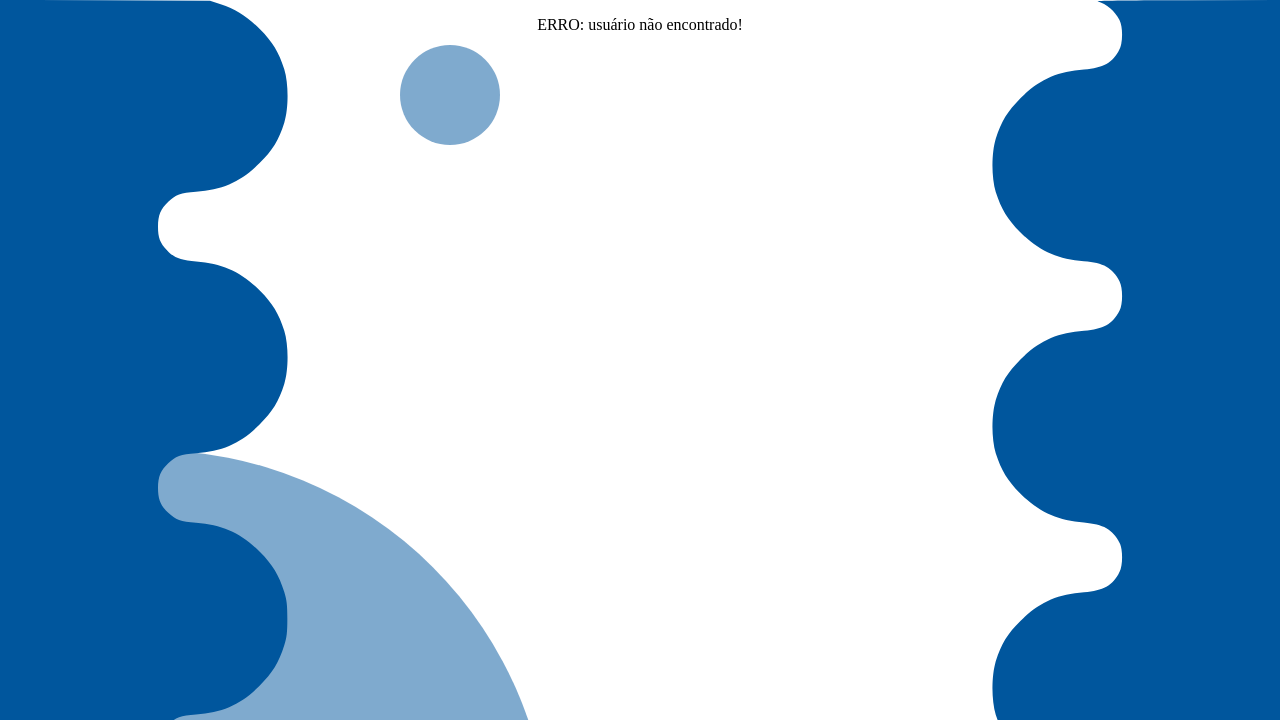
Repository: ArtMainardi/projeto-ctw-front
Page: usuario/usuario.html
The author's editor kept a copy of each file at every save. The page is drawn from the files as they stood at one save, then again after a run of saves.
The browser window is 1280 px wide. The pictures show the whole page.
The page's requests for data from a server got no answer.

Above is the page before, as saved 2026-06-15 18:22:19.

### usuario/usuario.html
<!DOCTYPE html>
<html lang="pt-br">
<head>
    <meta charset="UTF-8">
    <meta name="viewport" content="width=device-width, initial-scale=1.0">
    <title>Projeto CTW+</title>
    <link rel="stylesheet" href="/index.css">
    <link rel="stylesheet" href="/style.css">
    <link rel="stylesheet" href="usuario.css">
</head>
<body>

    <div class="bolas">
        <div class="bola" id="bola1"></div>
        <div class="bola" id="bola2"></div>
        <div class="bola" id="bola3"></div>
        <div class="bola" id="bola4"></div>
    </div>

    <div class="container-barras-laterais">
        <img src="/images/efeito-lateral.svg" alt="Efeito lateral da página principal" id="barra-lateral1">
        <img src="/images/efeito-lateral.svg" alt="Efeito lateral da página principal" id="barra-lateral2">
    </div>

    <main id="error-main">
        <p id="feedback-message"></p>
    </main>

    <main id="main" style="display: none;">
        <h1>Perfil do Usuário</h1>
        <p id="nome-usuario"></p>
        <p id="cpf-usuario"></p>
        <p id="email-usuario"></p>
        <p id="nascimento-usuario"></p>

        <button id="logout-button" onclick=logout()>Desconectar da conta</button>

        <div class="menu">
            <li class="adm-feature" style="display: none;"><a href="../gerenciar-usuarios/gerenciarUsuarios.html">Gerenciar Usuários</a></li>
            <li><a href="">Materias</a></li>
            <li><a href="../tela-inicial/telaInicial.html">Notícias</a></li>
            <li><a href="">Cardapio</a></li>
            <li><a href="">Ranqueamento</a></li>
            <li><a href="">Usuário</a></li>
        </div>
    </main>

    <script src="./usuario-script.js"></script>
    <script src="../userVerification-script.js"></script>
</body>
</html>

### index.css
main{
    height: 100%;
    display: flex;
    flex-direction: column;
    align-items: center;
}

.logo-ctw{
    margin-top: 15%;
}

.bolha{
    width: 400px;
}

.botao{
    margin-top: 5%;
}

#barra-lateral1 {
    position: fixed;
    left: 0;
}

#barra-lateral2 {
    position: fixed;
    right: 0;
    transform: scale(-1);
}

### style.css
*{
    box-sizing: border-box;
}

body {
    margin: 0;
}

:root{
    --corM: #00569D;
    --corBolha: #D9D9D9;
    --corCampo: #AEAEAE;
    --corBotaoOFF: #929292;
    --corBotaoON: #757575;
}

@font-face{
    src: url(fonts/Inter-VariableFont_opsz\,wght.ttf);
    font-family: "fontM";
}

.bolha{
    border-radius: 34px;
    padding: 10px 25px;
    background-color: var(--corBolha);
    display: flex;
    flex-direction: column;
}

.titulo{
    font-family: fontM;
    margin: 2px;
}

.campo{
    font-family: fontM;
    padding: 1% 5%;
    border: none;
    border-radius: 10px;
    background-color: var(--corCampo);
    margin: 2px;
}

.botao{
    font-family: fontM;
    border: none;
    padding: 1% 5%;
    border-radius: 34px;
    text-align: center;
    background-color: var(--corBotaoOFF);
    margin: 2px;
    height: 30px;
}

.botao:hover{
    font-weight: bold;
    background-color: var(--corBotaoON);
}

.botao:active{
    font-weight: bold;
    border: 2px inset var(--corBotaoOFF);
    font-size: 0.8em;
}

.texto{
    font-family: fontM;
    text-align: center;
    padding: 0;
}

.logo-ctw{
    zoom: 55%;
    margin: 20px;
}

.bola{
    background-color: var(--corM);
    border-radius: 50%;
    opacity: 50%;
    position: fixed;
}


#bola1{
    height: 100px;
    width: 100px;
    top: 45px;
    left: 400px;
}

#bola2{
    height: 800px;
    width: 800px;
    top: 450px;
    left: -250px;
}

#bola3{
    height: 200px;
    width: 200px;
    top: -65px;
    left: 1300px;
}

#bola4{
    height: 700px;
    width: 700px;
    top: 350px;
    left: 1400px;
}

### usuario/usuario.css
body {
    margin: 0;
    padding: 0;
}

#barra-lateral1 {

}

### usuario/usuario-script.js
window.addEventListener("load", async function() {
    console.log("AAAA");
    // Definindo as variáveis dos elementos do HTML:
    const nome = document.getElementById("nome-usuario");
    const cpf = document.getElementById("cpf-usuario");
    const email = document.getElementById("email-usuario");
    const nascimento = document.getElementById("nascimento-usuario");

    // Buscando o usuário no banco de dados:
    const API = await fetch(`http://localhost:8055/${tipoUsuario}/${usuarioId}`, {
        method: "GET"
    });
    const usuario = await API.json();

    // Colocando os dados do usuário nos elementos:
    nome.innerHTML = "Nome: " + usuario[`nome_${tipoUsuario}`];
    cpf.innerHTML = "CPF: " + usuario[`cpf_${tipoUsuario}`];
    email.innerHTML = "Email: " + usuario[`email_${tipoUsuario}`];
    nascimento.innerHTML = "Data de Nascimento: " + usuario[`data_nascimento_${tipoUsuario}`];
});

function logout(){
    localStorage.setItem("usuarioId", null);
    localStorage.setItem("tipoUsuario", null);

    window.location.replace("../index.html");
}

### userVerification-script.js
// Pegando dados salvos localmente:
const usuarioId = localStorage.getItem("usuarioId");
const tipoUsuario = localStorage.getItem("tipoUsuario");

// Verificando usuário salvo para então mostrar a página:
window.addEventListener("load", async function() {
    const main = document.getElementById("main");
    const errorMain = document.getElementById("error-main");
    const feedback = document.getElementById("feedback-message");

    feedback.innerHTML = "Carregando...";

    // Verificando se existe o usuário com o ID salvo:
    if(tipoUsuario == "professor"){ // Procurando na lista de professores:
        const API = await fetch(`http://localhost:8055/professor/${usuarioId}`, {
            method: "GET"
        });

        if(API.ok){
            usuario = await API.json();
            if(usuario.adm){ // Verificando se não é ADM, para liberar as funções de ADM
                const admElements = document.querySelectorAll(".adm-feature");
                admElements.forEach(element => {
                    element.style.display = "block";
                });
            }
            main.style.display = "block";
            errorMain.style.display = "none";
        }
    } else if(tipoUsuario == "aluno"){ // Procurando na lista de alunos:
        const API = await fetch(`http://localhost:8055/aluno/${usuarioId}`, {
            method: "GET"
        });

        if(API.ok){
            if(window.location.pathname.includes("/gerenciar")){
                feedback.innerHTML = "ERRO: esse usuário não tem permissão para acessar essa página!";
            } else{
                main.style.display = "block";
                errorMain.style.display = "none";
            }
        } else{ // Mostrando erro se não encontrar o usuário:
            feedback.innerHTML = "ERRO: usuário não encontrado!";
        }
    } else{ // Mostrando erro se não encontrar o usuário:
        feedback.innerHTML = "ERRO: usuário não encontrado!";
    }
});

After the next 2 saves:
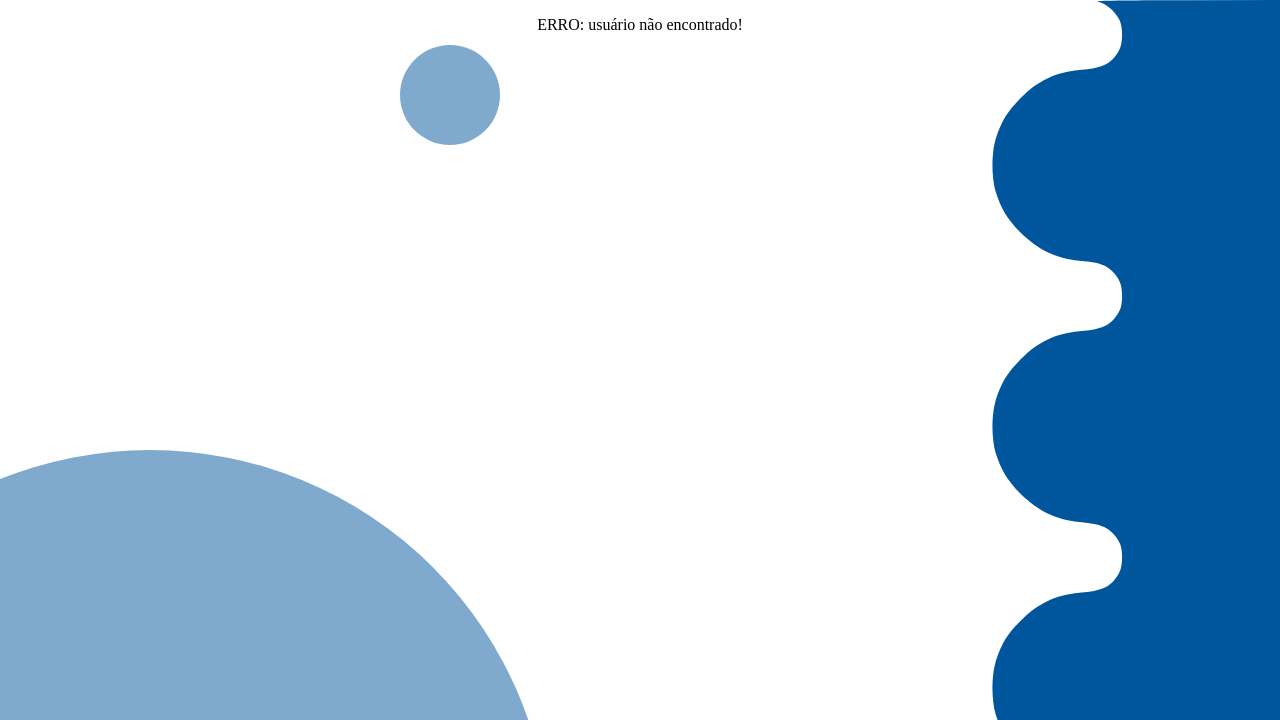
The 2 saves are shown as one change because they came seconds apart.
The last was saved 6 s later.
--- a/usuario/usuario.css
+++ b/usuario/usuario.css
@@ -4,5 +4,5 @@ body {
 }
 
 #barra-lateral1 {
-
+    visibility: hidden;
 }
